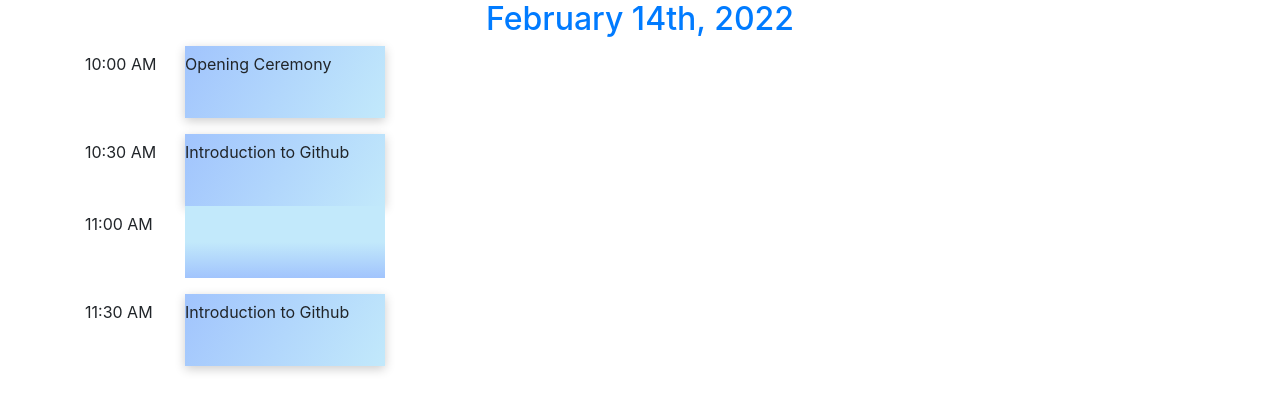
Repository: BaileyLuu/yuHacks2022
Page: public/schedule.html
The author's editor kept a copy of each file at every save. The page is drawn from the files as they stood at one save, then again after the next save.
The browser window is 1280 px wide. The pictures show the whole page.
Some web libraries are served in a nearby version.

Above is the page before, as saved 2021-11-20 13:20:53.

After the next save:
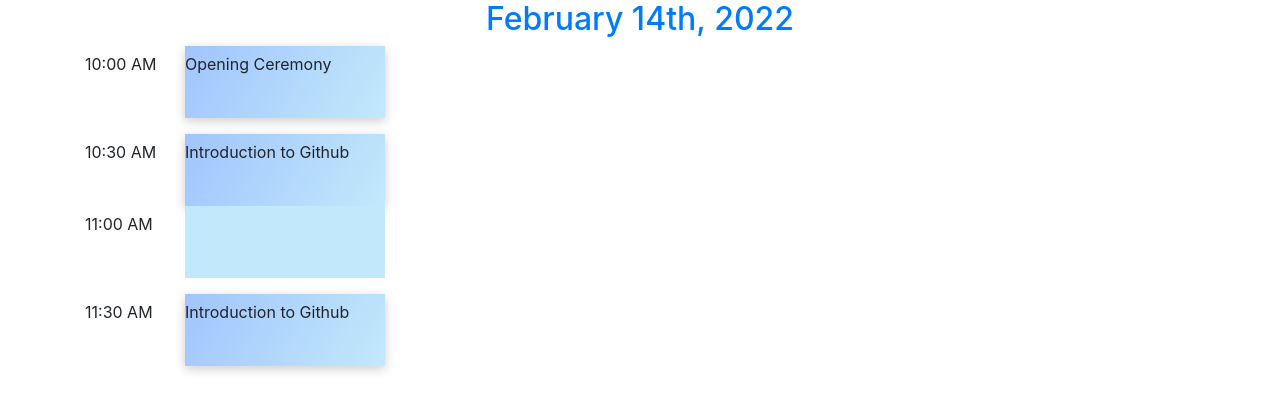
Saved 7 s later.
--- a/public/schedule.css
+++ b/public/schedule.css
@@ -19,7 +19,7 @@
   flex-wrap: wrap;
 }
 .extra-time{
-  background-image: linear-gradient(180deg, #c2e9fb 50%, #a1c4fd 100%);
+  background-image: linear-gradient(180deg, #c2e9fb 100%, #a1c4fd 100%);
   /* box-shadow: 0 3px 10px rgb(0 0 0 / 0.2); */
   position:relative;
   flex-wrap: wrap;
